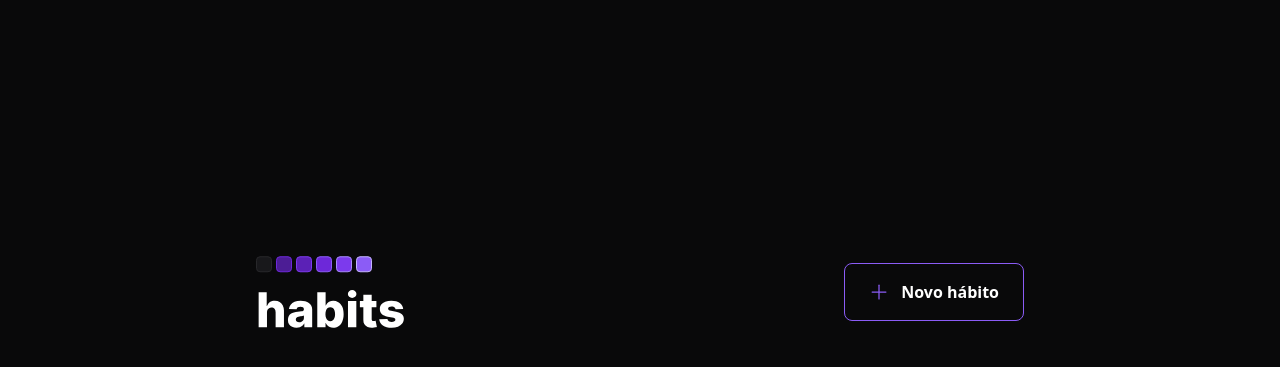
Repository: LuizAGDomingues/Habits-application
Page: /
The author's editor kept a copy of each file at every save. The page is drawn from the files as they stood at one save, then again after a run of saves.
The browser window is 1280 px wide. The pictures show the whole page.
The project was rebuilt for these pictures with package versions that can differ from the ones it lists, and the page was loaded fresh each time. Also part of the build but not shown: vite.config.ts.

Above is the page before, as saved 2023-01-18 16:13:24.

### src/App.tsx
import Header from './components/Header'
import SummaryTable from './components/SummaryTable'
import './styles/global.css'


function App() {
  return (
    <div className="w-screen h-screen flex items-center justify-center">
      <div className="w-full max-w-5xl px-6 flex flex-col gap-16">
        <Header />
        <SummaryTable />
      </div>
    </div>
  )
}

export default App

### src/components/Header.tsx
import { Plus } from 'phosphor-react'
import logoImage from '../assets/logo.svg'

function Header() {
  return (
    <div className='w-full max-w-3xl mx-auto flex items-center justify-between'>
      <img src={logoImage} alt="Imagem da logo do habits" />
      <button
        className='border border-violet-500 font-semibold rounded-lg px-6 py-4 flex items-center gap-3 hover:border-violet-300'
        type='button'
      >
        <Plus size={20} className='text-violet-500'/>
        Novo hábito
      </button>
    </div>
  )
}

export default Header

### src/components/SummaryTable.tsx

function SummaryTable() {
  return (
    <div className="w-full flex">
      <div className="grid grid-rows-7 grid-flow-row gap-3">
        <div className="text-zinc-400"></div>
      </div>
    </div>
  )
}

export default SummaryTable

### tailwind.config.cjs
/** @type {import('tailwindcss').Config} */
module.exports = {
  content: [
    "./src/**/*.tsx",
    "./index.html"
  ],
  theme: {
    extend: {
      colors: {
        background: '#09090A'
      },
      gridTemplateRows: {
        7: 'repeat(7, minmax(0, 1fr))'
      }
    },
  },
  plugins: [],
}

Loaded but not shown: index.html (common file); src/main.tsx (common file); src/styles/global.css (common file)

After the next 4 saves:
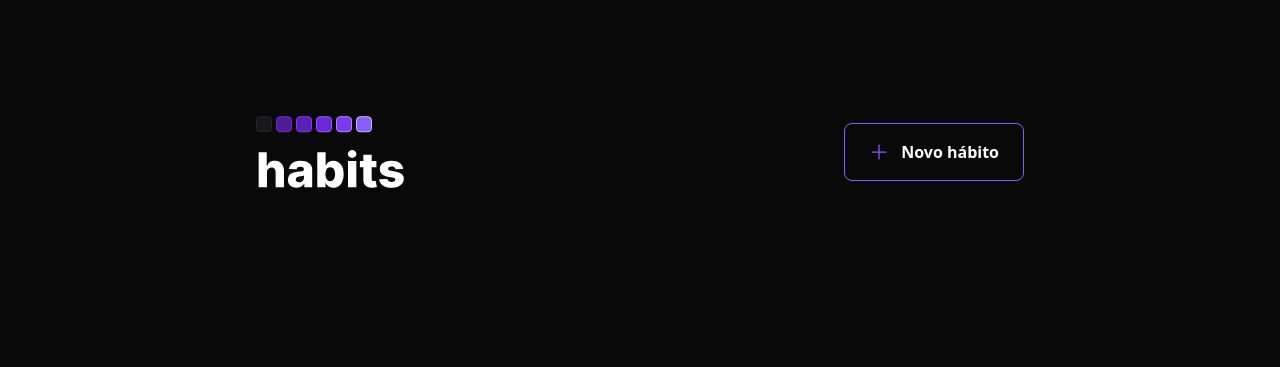
The 4 saves are shown as one change because they came seconds apart.
The last was saved 10 s later.
--- a/src/components/SummaryTable.tsx
+++ b/src/components/SummaryTable.tsx
@@ -3,7 +3,7 @@
   return (
     <div className="w-full flex">
       <div className="grid grid-rows-7 grid-flow-row gap-3">
-        <div className="text-zinc-400"></div>
+        <div className="text-zinc-400 text-xl h-10 w-10"></div>
       </div>
     </div>
   )
